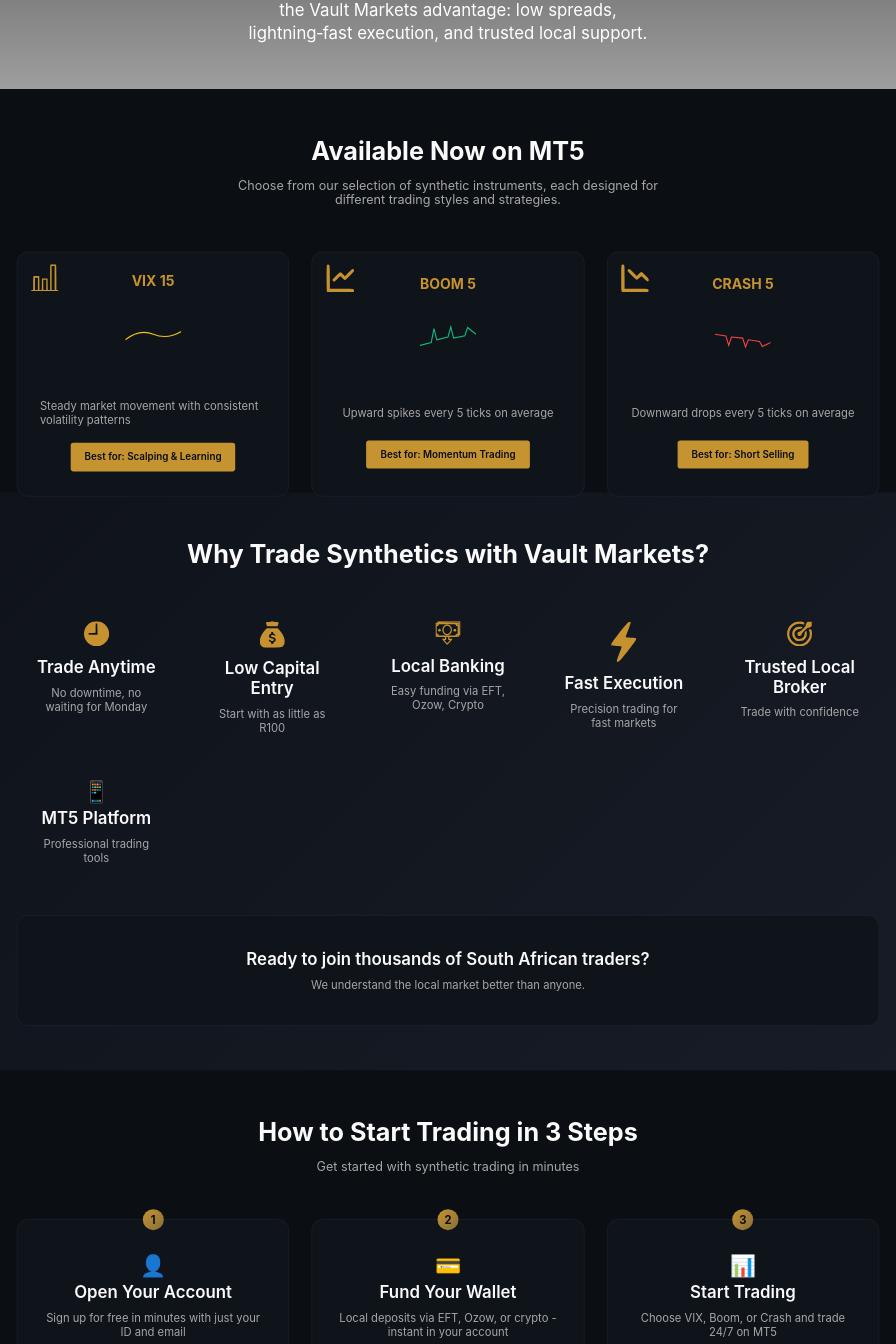
Repository: Jacques-Jaki-Morkel/VaultMarkets_Synthetics
Page: wp-copy/index.HTML
These files come from the project's save history. The page is drawn as it stood at one moment and after the next save; the edit follows.
The browser window is 1280 px wide. The pictures show the part of the page from y = 1138 to 3058 px (the page is 4787 px tall), at 70% of full size.
Pictures or frames that could not be fetched are drawn as grey boxes.

Above is the page before, as saved 2025-08-01 13:45:05.

After the next save:
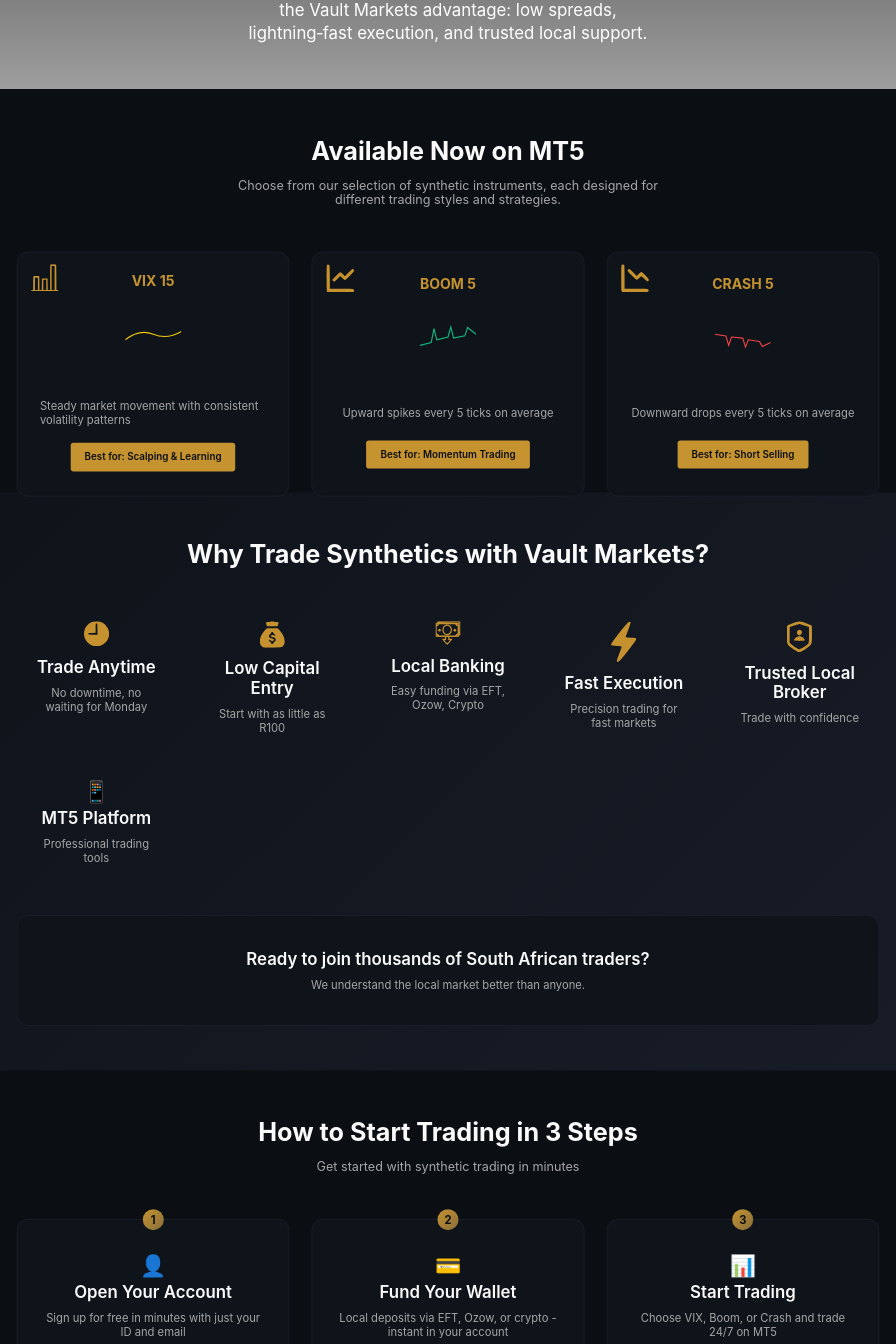
Saved 27 s later.
--- a/wp-copy/index.HTML
+++ b/wp-copy/index.HTML
@@ -152,7 +152,7 @@
                     <p>Precision trading for fast markets</p>
                 </div>
                 <div class="vm-why-benefit">
-                    <div class="vm-why-icon"><img class="icons-size" src="/assets/Icons/predictable-structure.svg"></div>
+                    <div class="vm-why-icon"><img class="icons-size" src="/assets/Icons/Target.svg"></div>
                     <h3>Trusted Local Broker</h3>
                     <p>Trade with confidence</p>
                 </div>
